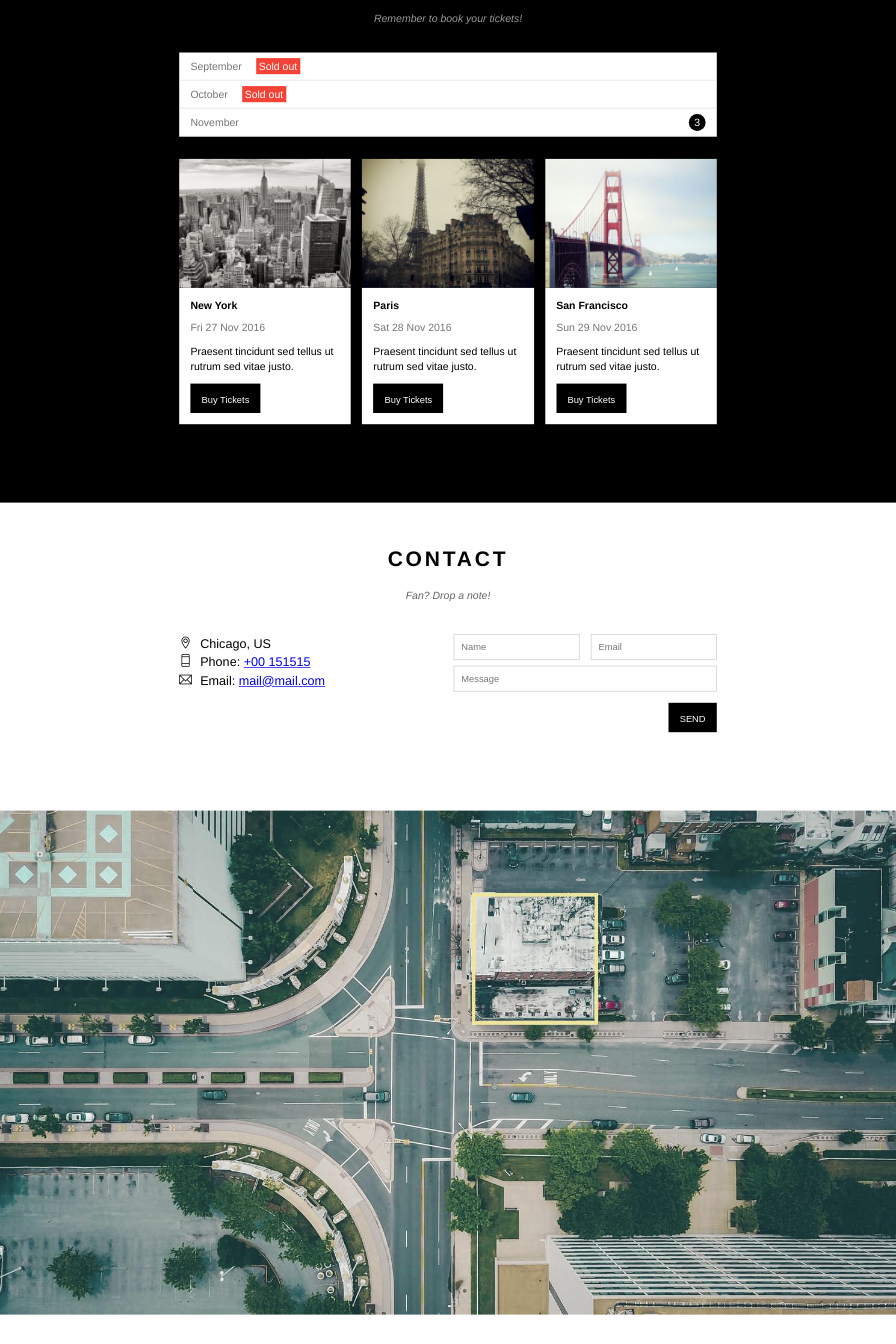
Repository: phongngotrong/w3school_reup
Page: index.html
The author's editor kept a copy of each file at every save. The page is drawn from the files as they stood at one save, then again after the next save.
The browser window is 1280 px wide. The pictures show the part of the page from y = 1460 to 3380 px (the page is 3526 px tall), at 70% of full size.

Above is the page before, as saved 2022-02-15 23:45:21.

### index.html
<!DOCTYPE html>
<html lang="en">
  <head>
    <meta charset="UTF-8" />
    <meta http-equiv="X-UA-Compatible" content="IE=edge" />
    <meta name="viewport" content="width=device-width, initial-scale=1.0" />
    <title>W3.CSS Template</title>
    <link rel="icon" href="https://play-lh.googleusercontent.com/i-ij7KM2pFUUpFE31QAUDXg5mzGFNbm16S4tjmg2ZyuhCGLgNJ8oXJRbq7ysh6LoZg" type="image/x-icon" />
    <link rel="stylesheet" href="./assets/css/style.css" />
    <link rel="stylesheet" href="./assets/css/responsive.css" />
    <link rel="stylesheet" href="./assets/fonts/themify-icons/themify-icons.css">
  </head>
  <body>
    <div id="main">
      <div id="header">
        <!--Begin: Nav-->
        <ul id="nav">
          <li><a href="#">Home</a></li>
          <li><a href="#band">Band</a></li>
          <li><a href="#tour">Tour</a></li>
          <li><a href="#contact">Contact</a></li>
          <li>
            <a href="#">
              More
              <i class="nav-arrow-down ti-angle-down"></i>
            </a>
            <ul class="subnav">
              <ul>
                <li><a href="#">Merchandise</a></li>
                <li><a href="#">Extras</a></li>
                <li><a href="#">Media</a></li>
              </ul>
            </ul>
          </li>
        </ul>
        <!--End: Nav-->

        <!--Begin: Search-->
        <div class="search-btn">
          <i class="search-icon ti-search"></i>
        </div>

        <div id="mobile-menu" class="mobile-menu-btn">
          <i class="menu-icon ti-menu"></i>
        </div>
        <!--End: Search-->
      </div>

      <div id="slider">
        <div class="text-content">
          <h2 class="text-heading">Chicago</h2>
          <div class="text-description">
            Thank you, Chicago - A night we won't forget.
          </div>
        </div>
      </div>

      <div id="content">
        <!--content section-->
        <div id="band" class="content-section">
          <h2 class="section-heading">THE BAND</h2>
          <p class="section-sub-heading">We love music</p>
          <p class="about-text">
            We have created a fictional band website. Lorem ipsum dolor sit
            amet, consectetur adipiscing elit, sed do eiusmod tempor incididunt
            ut labore et dolore magna aliqua. Ut enim ad minim veniam, quis
            nostrud exercitation ullamco laboris nisi ut aliquip ex ea commodo
            consequat. Duis aute irure dolor in reprehenderit in voluptate velit
            esse cillum dolore eu fugiat nulla pariatur. Excepteur sint occaecat
            cupidatat non proident, sunt in culpa qui officia deserunt mollit
            anim id est laborum consectetur adipiscing elit, sed do eiusmod
            tempor incididunt ut labore et dolore magna aliqua. Ut enim ad minim
            veniam, quis nostrud exercitation ullamco laboris nisi ut aliquip ex
            ea commodo consequat.
          </p>
          <div class="row list-member">
            <!--member1-->
            <div class="col col-third s-col-full mt-32 text-center">
              <p class="member-name">Name</p>
              <img
                src="./assets/img/member.jpg"
                alt="Name"
                class="avt-member"
              />
            </div>

            <!--member2-->
            <div class="col col-third s-col-full mt-32 text-center">
              <div class="member-name">Name</div>
              <img
                src="./assets/img/member.jpg"
                alt="Name"
                class="avt-member"
              />
            </div>
            <!--member3-->

            <div class="col col-third s-col-full mt-32 text-center">
              <div class="member-name">Name</div>
              <img
                src="./assets/img/member.jpg"
                alt="Name"
                class="avt-member"
              />
            </div>
            <!-- <div class="clear"></div> -->
          </div>
        </div>
        <!--tour section-->
        <div id="tour" class="tour-section">
          <div class="content-section">
            <h2 class="section-heading text-white">TOUR DATES</h2>
            <p class="section-sub-heading text-white">
              Remember to book your tickets!
            </p>
            <!-- tickets -->
            <ul class="tickets-list">
              <li>September <span class="sold-out">Sold out</span></li>
              <li>October <span class="sold-out">Sold out</span></li>
              <li>November <span class="quantity">3</span></li>
            </ul>
            <div class="row places-list">
              <!-- place1 -->
              <div class="col col-third s-col-full mt-16">
                <img
                  src="./assets/img/newyork.jpg"
                  alt="New York"
                  class="place-img"
                />
                <div class="places-body">
                  <h3 class="places-heading">New York</h3>
                  <p class="places-time">Fri 27 Nov 2016</p>
                  <p class="place-description">
                    Praesent tincidunt sed tellus ut rutrum sed vitae justo.
                  </p>
                  <button class="btn s-full-width js-buy-ticket">Buy Tickets</button>
                </div>
              </div>
              <!-- place2 -->

              <div class="col col-third s-col-full mt-16">
                <img
                  src="./assets/img/paris.jpg"
                  alt="New York"
                  class="place-img"
                />
                <div class="places-body">
                  <h3 class="places-heading">Paris</h3>
                  <p class="places-time">Sat 28 Nov 2016</p>
                  <p class="place-description">
                    Praesent tincidunt sed tellus ut rutrum sed vitae justo.
                  </p>
                  <button class="btn s-full-width js-buy-ticket">Buy Tickets</button>
                </div>
              </div>
              <!-- place3 -->

              <div class="col col-third s-col-full mt-16">
                <img
                  src="./assets/img/sanfran.jpg"
                  alt="New York"
                  class="place-img"
                />
                <div class="places-body">
                  <h3 class="places-heading">San Francisco</h3>
                  <p class="places-time">Sun 29 Nov 2016</p>
                  <p class="place-description">
                    Praesent tincidunt sed tellus ut rutrum sed vitae justo.
                  </p>
                  <button class="btn s-full-width js-buy-ticket">Buy Tickets</button>
                </div>
              </div>
              <!-- <div class="clear"></div> -->
            </div>
          </div>
        </div>

        <!-- Begin: contact section-->
        <div id="contact" class="content-section">
          <h2 class="section-heading">CONTACT</h2>
          <p class="section-sub-heading">Fan? Drop a note!</p>

          <div class="row contact-content">
            <div class="col col-half s-col-full contact-info">
              <p><i class="ti-location-pin"></i>Chicago, US</p>
              <p><i class="ti-mobile"></i>Phone: <a href="tell: +00 151515">+00 151515</a></p>
              <p><i class="ti-email"></i>Email: <a href="mailto: mail@mail.com">mail@mail.com</a></p>
            </div>
            <div class="col col-half s-col-full contact-form">
              <form action="">
                <div class="row">
                  <div class="col col-half s-col-full">
                      <input type="text" name="" required placeholder="Name" id="" class="form-control">
                  </div>
                  <div class="col col-half s-col-full s-mt-8">
                    <input type="email" name="" required placeholder="Email" id="" class="form-control">
                </div>
                </div>
                <div class="row mt-8">
                  <div class="col col-full">
                    <input type="text" name="" required placeholder="Message" id="" class="form-control">
                </div>
                </div>
                <input class="btn pull-right s-full-width mt-16" type="submit" value="SEND">
              </form>
            </div>
          </div>
        </div>
        <!-- End: contact section-->
        <div class="map-section">
          <img src="./assets/img/map.jpg" alt="Map">
        </div>
      </div>

      <div id="footer">
        <div class="social-list">
          <a href=""><i class="ti-facebook"></i></a>
          <a href=""><i class="ti-instagram"></i></a>
          <a href=""><i class="ti-github"></i></a>
          <a href=""><i class="ti-pinterest"></i></a>
          <a href=""><i class="ti-twitter-alt"></i></a>
          <a href=""><i class="ti-linkedin"></i></a>
        </div>
        <div class="Copyright">Powered by <a href="">w3.css</a></div>
      </div>
    </div>

    <div class="modal js-modal">
      <div class="modal-container js-modal-container">
        <div class="modal-close js-modal-close">
          <i class="ti-close"></i>
        </div>
        <header class="modal-header">
          <i class="icon-ti-bag-header ti-bag"></i>
          Tickets
        </header>

        <div class="modal-body">
          <label for="tickets-quantity" class="modal-label">
            <i class="ti-shopping-cart"></i>
            Tickets, $15 per person
          </label>
          <input
            id="tickets-quantity"
            type="text"
            class="modal-input"
            placeholder="How many?"
          />

          <label for="tickets-email" class="modal-label">
            <i class="ti-user"></i>
            Send To
          </label>
          <input
            id="tickets-email"
            type="email"
            class="modal-input"
            placeholder="Enter email "
          />

          <button id="buy-tickets">
            PAY<i class="icon-ti-check-footer ti-check"></i>
          </button>
        </div>

        <footer class="modal-footer">
          <p class="modal-help">Need <a href="">help?</a></p>
        </footer>
      </div>
    </div>

    <script>
      const buyBtns = document.querySelectorAll('.js-buy-ticket')
      const modal = document.querySelector('.js-modal')
      const modalContainer = document.querySelector('.js-modal-container')
      const modalClose = document.querySelector('.js-modal-close')

      // hàm hiển thị modal mua vé(thêm class open vào modal)
      function showBuyTickets() {
        modal.classList.add('open')
      }

      // hàm ẩn modal mua vé(gỡ bỏ class open của modal)
      function hideBuyTickets() {
        modal.classList.remove('open')
      }

      // lặp qua từng thẻ button và nghe hành vi click
      for(const buyBtn of buyBtns) {
        buyBtn.addEventListener('click', showBuyTickets)
      }

      // nghe hành vi click vào button close
      modalClose.addEventListener('click', hideBuyTickets)

      modal.addEventListener('click', hideBuyTickets)

      modalContainer.addEventListener('click', function(event){
        event.stopPropagation()
      })

    </script>

    <script>
      var header = document.getElementById('header');
      var mobileMenu = document.getElementById('mobile-menu');
      var headerHeight = header.clientHeight;

      // Đóng/mở mobile menu
      mobileMenu.onclick = function() {
        var isClosed = header.clientHeight === headerHeight;
        if(isClosed) {
          header.style.height = 'auto';
        } else {
          header.style.height = null;
        }
      }

      // Tự động đóng khi chọn menu
      var menuItems = document.querySelectorAll('#nav li a[href*="#"]');
      for(var i=0; i<menuItems.length; i++) {
        var menuItem = menuItems[i];

        console.log(menuItem);

        menuItem.onclick = function(event) {
          var isParentMenu = this.nextElementSibling && this.nextElementSibling.classList.contains('subnav');
          if(isParentMenu) {
            event.preventDefault();
          }else {
            header.style.height = null;
          }
        }
      }

    </script>
  </body>
</html>

### assets/css/style.css
/* Reset CSS */

* {
  padding: 0;
  margin: 0;
  box-sizing: border-box;
}

html {
  font-family: Helvetica, Arial, sans-serif;
  scroll-behavior: smooth;
}
/*
  -Từ trên xuống dưới
  -Từ ngoài vào trong
  -Tổng quan đến chi tiết
  */

/*
  1. Vi tri
  2. Kich thuoc
  3. Mau sac
  4. Kieu dang (kieu chu, hinh tron, vuong...)
  */

/* Common */
.text-center {
  text-align: center !important;
}

.row {
  margin-left: -8px;
  margin-right: -8px;
}

/* Tạo element giả */
.row::after {
  content: "";
  display: block;
  clear: both;
}
/*.................*/

.col {
  float: left;
  padding-left: 8px;
  padding-right: 8px;
}

.col-full {
  width: 100%;
}

.col-half {
  width: 50%;
}

.col-third {
  width: 33.33333%;
}

.pull-right {
  float: right;
}

.btn {
  background-color: #000;
  color: #fff;
  text-decoration: none;
  display: inline-block;
  padding: 11px 16px;
  margin-top: 15px;
  padding-top: 16px;
  cursor: pointer;
  border: none;
}

.btn:hover {
  background-color: #ccc;
  color: #000;
}

.mt-8 {
  margin-top: 8px !important;
}

.mt-16 {
  margin-top: 16px !important;
}

.mt-32 {
  margin-top: 32px !important;
}

.clear {
  clear: both;
}

/* .row::after {
    clear: both;
    display: block;
    content: "";
  } */

.text-white {
  color: #fff !important;
}

/* Main */
#main {
}

#header {
  position: fixed;
  top: 0;
  left: 0;
  right: 0;
  height: 46px;
  background-color: #000;
  z-index: 1;
}

#nav {
  display: inline-block;
}

li {
  list-style-type: none;
}

#nav > li {
  display: inline-block;
}

#nav li {
  position: relative;
}

#nav > li > a {
  color: #fff;
  text-transform: uppercase;
}

#nav li a {
  text-decoration: none;
  line-height: 46px;
  padding: 0 24px;
  display: block;
}

#nav li:hover .subnav {
  display: block;
}

#nav > li:hover > a,
#nav .subnav li:hover a {
  color: #000;
  background-color: #ccc;
}

#nav .subnav {
  display: none;
  min-width: 160px;
  position: absolute;
  background-color: #fff;
  box-shadow: 0 0 10px rgba(0, 0, 0, 0.3);
}

#nav .subnav a {
  color: #000;
  padding: 0 12px;
  line-height: 38px;
}

#nav .nav-arrow-down {
  font-size: 12px;
}

#header .mobile-menu-btn {
  position: absolute;
  top: 0;
  right: 0;
  display: none;
}

#header .mobile-menu-btn,
#header .search-btn {
  float: right;
  padding: 0 20px;
}

#header .mobile-menu-btn .menu-icon {
  font-size: 16px;
}

#header .mobile-menu-btn:hover {
  background-color: #ccc;
}

#header .mobile-menu-btn:hover .menu-icon {
  color: #000;
}

#header .search-btn:hover {
  cursor: pointer;
  background-color: #f44336;
}

#header .menu-icon,
#header .search-icon {
  color: #fff;
  font-size: 20px;
  line-height: 46px;
}

#slider {
  position: relative;
  margin-top: 46px;
  padding-top: 50%;
  background: url("../img/slider.jpg") top center / cover no-repeat;
}

#slider .text-content {
  position: absolute;
  bottom: 47px;
  color: #fff;
  width: 100%;
  text-align: center;
}

#slider .text-heading {
  font-weight: 500;
  font-size: 24px;
}

#slider .text-description {
  font-size: 15px;
  margin-top: 25px;
}

#content {
}

#content .content-section {
  width: 800px;
  max-width: 100%;
  padding: 64px 0 112px;
  margin-right: auto;
  margin-left: auto;
  padding-left: 16px;
  padding-right: 16px;
}

#content .section-heading {
  text-align: center;
  font-size: 30px;
  letter-spacing: 4px;
}

#content .section-sub-heading {
  font-size: 15px;
  text-align: center;
  margin-top: 25px;
  font-style: italic;
  opacity: 0.6;
}

#content .about-text {
  font-size: 15px;
  margin-top: 15px;
  text-align: justify;
  line-height: 1.4;
}

#content .member-name {
  font-size: 16px;
}

#content .list-member {
  margin-top: 32px;
  /* margin-bottom: 48px;
    overflow: hidden;  */
}

/* #content .item-member {
    float: left;
    width: 33.33333%;
    text-align: center;
  } */

#content .avt-member {
  margin-top: 15px;
  width: 154px;
  border-radius: 4px;
}

/* tour section */
.tour-section {
  background-color: #000;
}
.tickets-list {
  background-color: #fff;
  margin-top: 40px;
  list-style: none;
}

.tickets-list li {
  color: #757575;
  font-size: 15px;
  padding: 11px 16px;
  border-bottom: 1px solid #ddd;
}

.tickets-list .sold-out {
  background-color: #f44336;
  color: #fff;
  padding: 3px 4px;
  margin-left: 16px;
}

.tickets-list .quantity {
  float: right;
  width: 24px;
  height: 24px;
  background-color: #000;
  color: #fff;
  border-radius: 50%;
  line-height: 24px;
  text-align: center;
  margin-top: -3px;
}

/* Places */
.places-list {
  margin-top: 16px;
}

/* .places-item {
    float: left;
    width: 33.33333%;
    padding: 0 8px;
  } */

.place-img {
  width: 100%;
  display: block;
}

.place-img:hover {
  opacity: 0.6;
}

.places-body {
  padding: 16px;
  font-size: 15px;
  background-color: #fff;
}

.places-heading {
  font-size: 15px;
}

.places-time {
  padding-top: 15px;
  color: #757575;
}

.place-description {
  padding-top: 15px;
  line-height: 1.4;
}

.modal {
  position: fixed;
  top: 0;
  bottom: 0;
  right: 0;
  left: 0;
  background-color: rgba(0, 0, 0, 0.4);
  display: none;
  align-items: center;
  justify-content: center;
}

.modal.open {
  display: flex;
}

.modal-container {
  background-color: #fff;
  width: 900px;
  min-height: 200px;
  position: relative;
  max-width: calc(100% -32px);
  animation: modalFadeIn ease 0.4s;
}

.modal-header {
  background-color: #009688;
  color: #fff;
  height: 130px;
  font-size: 30px;
  display: flex;
  align-items: center;
  justify-content: center;
  letter-spacing: 4px;
}

.modal-close:hover {
  background-color: #ccc;
  color: #000;
}

.modal-close {
  position: absolute;
  right: 0;
  top: 0;
  padding: 16px;
  font-size: 12px;
  color: #fff;
  cursor: pointer;
}

.icon-ti-bag-header {
  margin-right: 16px;
}

.modal-body {
  padding: 16px;
}

.modal-label {
  display: block;
  font-size: 15px;
  margin-bottom: 12px;
}

.modal-input {
  border: 1px solid #ccc;
  width: 100%;
  padding: 10px;
  font-size: 15px;
  margin-bottom: 24px;
}

#buy-tickets:hover {
  background-color: #ccc;
  color: #000;
}

#buy-tickets {
  background-color: #009688;
  width: 100%;
  padding: 18px;
  color: #fff;
  border: none;
  text-transform: uppercase;
  font-size: 15px;
  cursor: pointer;
}

.modal-footer {
  padding: 16px;
  text-align: right;
}

.modal-footer a {
  color: #2196f3;
}

/* Contact */
.contact-content {
  margin-top: 48px;
}

.contact-info {
  font-size: 18px;
  line-height: 1.5;
}

.contact-info i[class*="ti-"] {
  width: 30px;
  display: inline-block;
}

.contact-form {
  font-size: 15px;
}

.contact-form .form-control {
  padding: 10px;
  border: 1px solid #ccc;
  width: 100%;
}

/* .contact-form .form-submit-btn {
  background: #000;
  color: #fff;
  border: 1px solid #000;
  padding: 10px 16px;
  float: right;
} */

/* .form-submit-btn:hover {
  background: #ccc;
  color: #000;
  border: none;
  cursor: pointer;
} */

/* Map section */
.map-section img {
  width: 100%;
  filter: grayscale(50%);
}

/* footer section */

#footer {
  padding: 64px 16px;
  text-align: center;
}

#footer .social-list {
  font-size: 20px;
}

#footer .Copyright {
  font-size: 15px;
  margin-top: 15px;
  color: rgba(0, 0, 0, 0.6);
}

#footer .Copyright a {
  color: rgba(0, 0, 0, 0.6);
}

#footer .social-list a {
  color: rgba(0, 0, 0, 0.6);
  text-decoration: none;
}

#footer .social-list a:hover {
  color: rgba(0, 0, 0, 0.4);
}

/* Tạo hoạt ảnh  */
@keyframes modalFadeIn {
  from {
    opacity: 0;
    transform: translateY(-140px);
  }
  to {
    opacity: 1;
    transform: translateY(0);
  }
}

### assets/css/responsive.css
/* PC: width >= 1024px */
@media only screen and (min-width: 64em) {
}

/* Tablet: width >= 740px and < 1024px */
@media only screen and (min-width: 46.25em) and (max-width: 63.9375em) {
}

/* Tablet && Mobile */
@media only screen and (max-width: 63.9375em) {
  .s-full-width {
    width: 100% !important;
  }

  #nav .subnav a {
    padding: 5px 12px;
  }

  .btn {
    padding: 15px 16px;
  }

  .contact-form .form-control {
    padding: 15px;
  }

  .contact-info {
    line-height: 2.1;
  }

  #footer .social-list {
    font-size: 48px;
  }

  #footer .social-list a {
    margin: 0 8px;
  }

  #footer .Copyright a {
    padding: 12px 0px;
    display: inline-block;
  }
}

/* Mobile: width < 740px */
@media only screen and (max-width: 46.1875em) {
  .s-mt-8 {
    margin-top: 8px;
  }

  #nav {
    display: block;
  }

  #nav > li {
    display: block;
  }

  #nav > li:first-child {
    display: inline-block;
  }

  #nav li a {
    padding: 1px 24px;
  }

  #nav .subnav {
    position: initial;
    background-color: #333;
  }

  #nav .subnav a {
    color: #fff;
    padding: 5px 41px;
  }

  #header {
    overflow: hidden;
  }

  #header .search-btn {
    display: none;
  }

  #header .mobile-menu-btn {
    display: block;
  }

  #content .avt-member {
    width: 60%;
  }

  .s-col-full {
    width: 100% !important;
  }

  .contact-form {
    margin-top: 32px;
  }
}

Loaded but not shown: assets/fonts/themify-icons/themify-icons.css (common file)

After the next save:
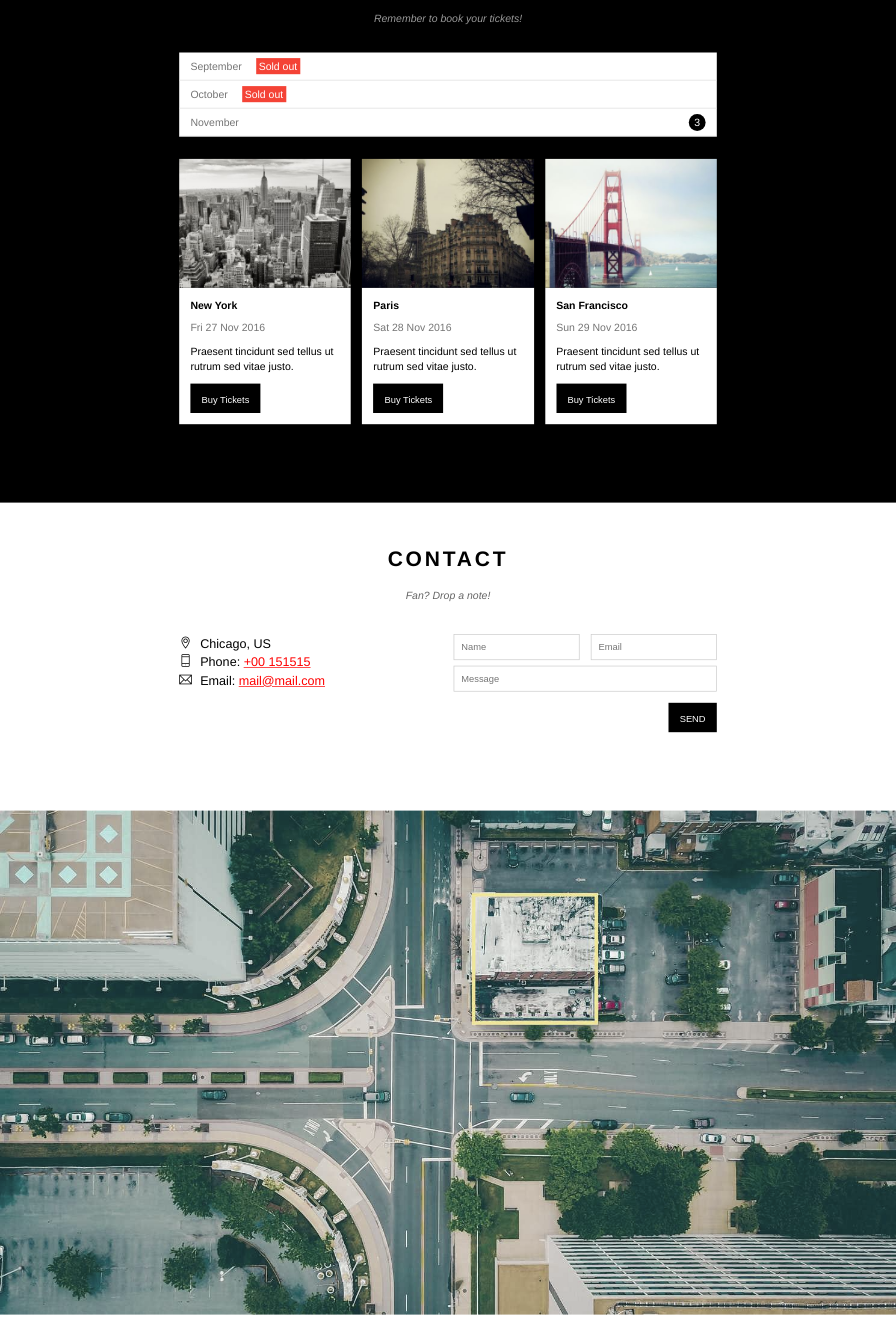
Saved 3 min 2 s later.
--- a/assets/css/style.css
+++ b/assets/css/style.css
@@ -478,6 +478,10 @@
   line-height: 1.5;
 }
 
+.contact-info a {
+  color: red;
+}
+
 .contact-info i[class*="ti-"] {
   width: 30px;
   display: inline-block;
